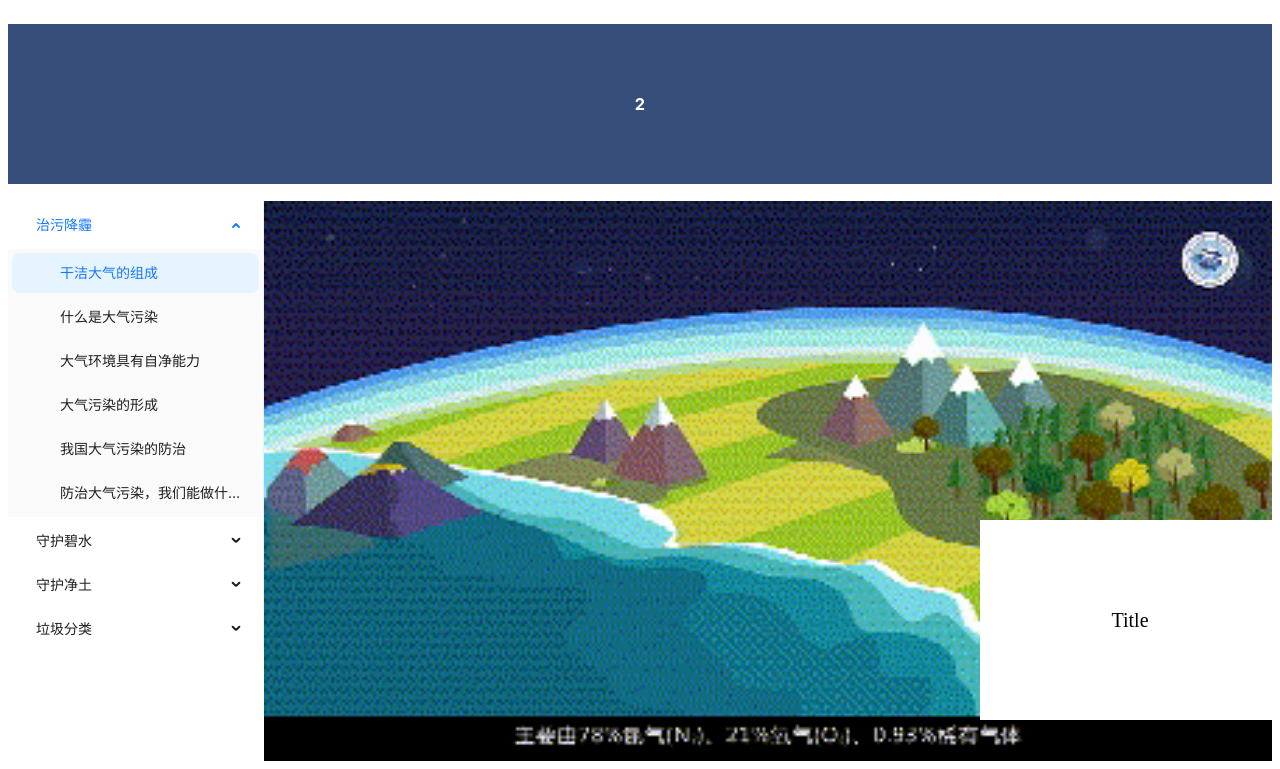
Repository: samllbin/summerWeb
Page: /
The author's editor kept a copy of each file at every save. The page is drawn from the files as they stood at one save, then again after the next save.
The browser window is 1280 px wide. The pictures show the whole page.
The project was rebuilt for these pictures with package versions that can differ from the ones it lists, and the page was loaded fresh each time. Also part of the build but not shown: vite.config.js, components/menu/config.js, components/content/index.module.css, components/content/index.jsx.

Above is the page before, as saved 2024-07-22 15:37:58.

### src/App.jsx
import React, { useState } from "react";
import style from "./assets/index.module.css";
import Carousel from "@components/carousel/index";
import MenuTab from "@components/menu/MenuTab";
import Content from "@components/content";
import Article from "@components/article";

export default function App() {
  const [current, setCurrent] = useState("1");
  return (
    <div>
      <Carousel />
      <div className={style.layout}>
        <MenuTab setCurrent={setCurrent} current={current} />
        {/* <Content /> */}
        <Article type={"all"} />
      </div>
    </div>
  );
}

### src/assets/index.module.css
.layout {
  display: flex;
}

### components/carousel/index.jsx
import React from "react";
import { Carousel } from "antd";
import style from "./index.module.css";

export default function carousel() {
  return (
    <Carousel autoplay>
      <div>
        <h3 className={style.contentStyle}>1</h3>
      </div>
      <div>
        <h3 className={style.contentStyle}>2</h3>
      </div>
      <div>
        <h3 className={style.contentStyle}>3</h3>
      </div>
      <div>
        <h3 className={style.contentStyle}>4</h3>
      </div>
    </Carousel>
  );
}

### components/menu/MenuTab.jsx
import React from "react";
import { Menu } from "antd";
import { useState } from "react";
import { config } from "./config";

export default function MenuTab({ current, setCurrent }) {
  const onClick = (e) => {
    console.log("click ", e);
    setCurrent(e.key);
  };
  return (
    <div>
      <Menu
        onClick={onClick}
        style={{ width: 256 }}
        defaultOpenKeys={["sub1"]}
        selectedKeys={[current]}
        mode="inline"
        items={config}
      />
    </div>
  );
}

### components/article/index.jsx
import React from "react";
import style from "./index.module.css";

export default function Article({ type, imgURL }) {
  return (
    <div className={style.layout}>
      {type === "all" ? (
        <div className={style.allLayout}>
          <img
            src="../../public/大气组成.png"
            alt="article"
            className={style.allImage}
          />
          <div className={style.allTitle}>Title</div>
        </div>
      ) : (
        // 这里可以添加当 type 不为 "all" 时你想渲染的内容
        <p>显示特定类型的文章</p>
      )}
    </div>
  );
}

### components/carousel/index.module.css
.contentStyle {
  height: 160px;
  color: #fff;
  line-height: 160px;
  text-align: center;
  background: #364d79;
}

### components/article/index.module.css
.layout {
  display: flex;
  width: 100%;
}
.allLayout {
  display: flex;
  width: 100%;
}
.allImage {
  width: 100%;
}

.allTitle {
  display: flex;
  align-items: center;
  justify-content: center;
  position: absolute;
  right: 0;
  bottom: 0;
  background-color: #fff;
  width: 300px;
  height: 200px;
  font-size: 20px;
  font-weight: 500;
}

Loaded but not shown: index.html (common file); src/main.jsx (common file)

After the next save:
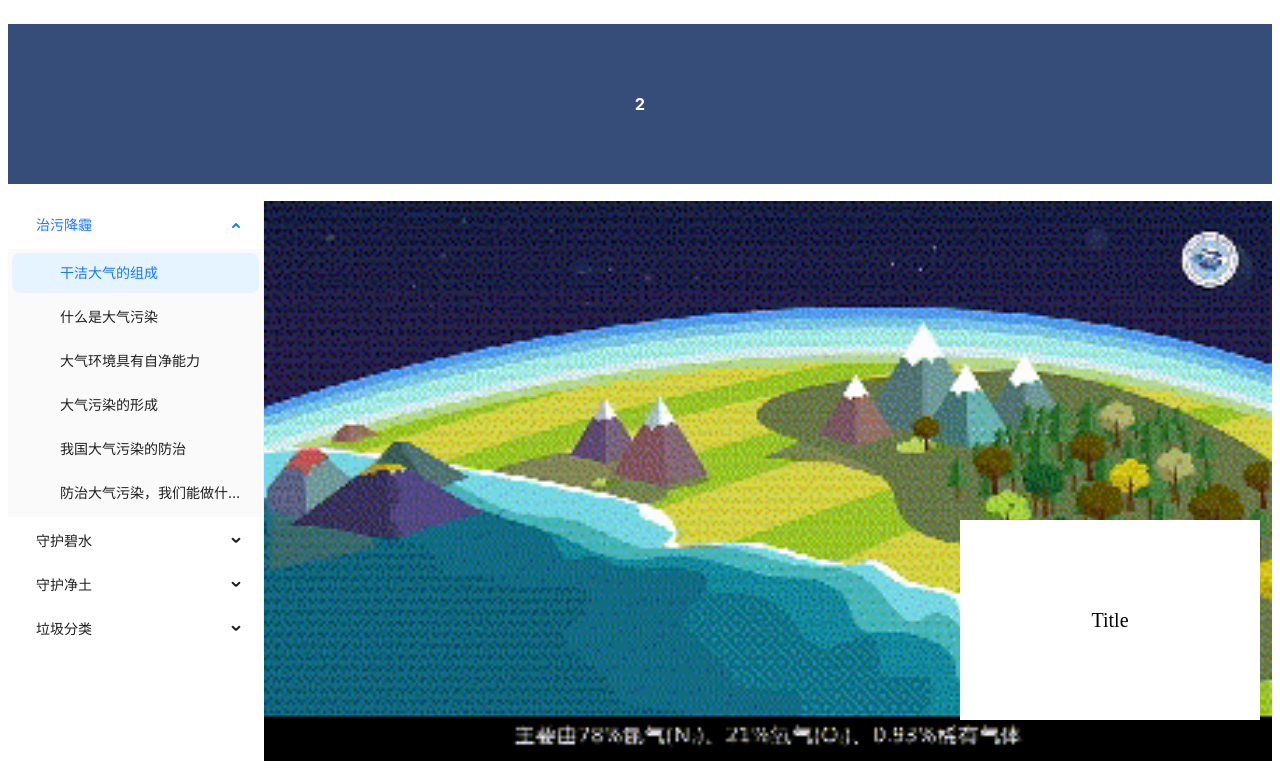
Saved 10 s later.
--- a/components/article/index.module.css
+++ b/components/article/index.module.css
@@ -15,7 +15,7 @@
   align-items: center;
   justify-content: center;
   position: absolute;
-  right: 0;
+  right: 20px;
   bottom: 0;
   background-color: #fff;
   width: 300px;
